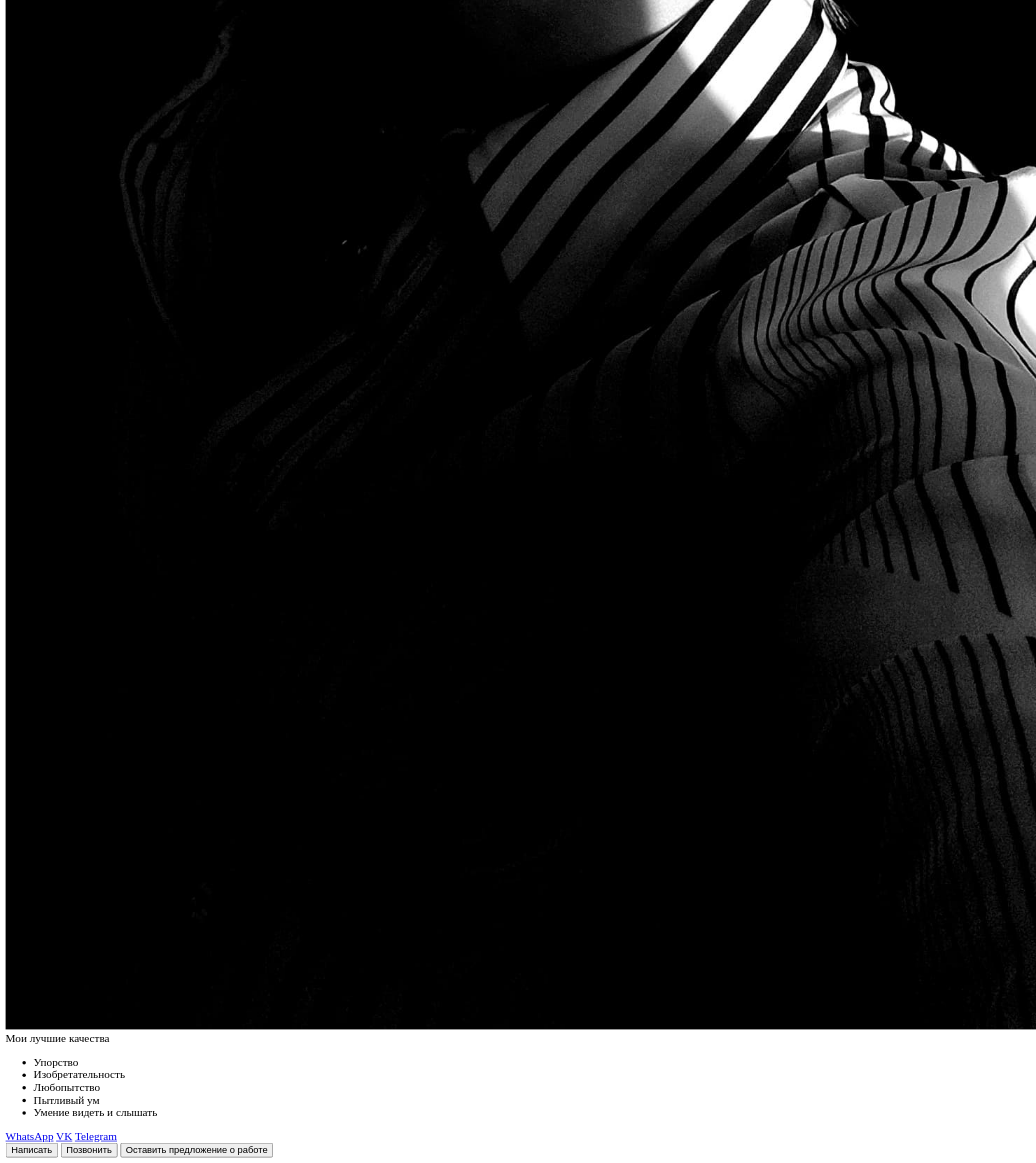
Repository: JonniRed/urban
Page: task1/index.html
The author's editor kept a copy of each file at every save. The page is drawn from the files as they stood at one save, then again after the next save.
The browser window is 1280 px wide. The page is 1480 px wide, so the pictures cover 1480 px, including what lies to the right of the window. The pictures show the part of the page from y = 1801 to 3481 px (the page is 3463 px tall before and 3481 px after), at 70% of full size.

Above is the page before, as saved 2024-09-10 10:36:22.

### task1/index.html
<!DOCTYPE html>
<html lang="en">

<head>
  <meta charset="UTF-8">
  <meta name="viewport" content="width=device-width, initial-scale=1.0">
  <title>Task 1</title>
</head>

<body>
  <picture>
    <img src="./Me.jpg">
  </picture>
  <div>
    <span>Мои лучшие качества</span>
    <ul>
      <li>Упорство</li>
      <li>Изобретательность</li>
      <li>Любопытство</li>
      <li>Пытливый ум</li>
      <li>Умение видеть и слышать</li>
    </ul>
  </div>
  <div>
    <a href="https://api.whatsapp.com/send?phone=79312887457">WhatsApp</a>
    <a href="https://vk.com/jonni_red">VK</a>
    <a href="https://t.me/jonni_red">Telegram</a>
    <div>
      <button>Написать</button>
      <button>Позвонить</button>
      <button>Оставить предложение о работе</button>
    </div>

  </div>
</body>

</html>

After the next save:
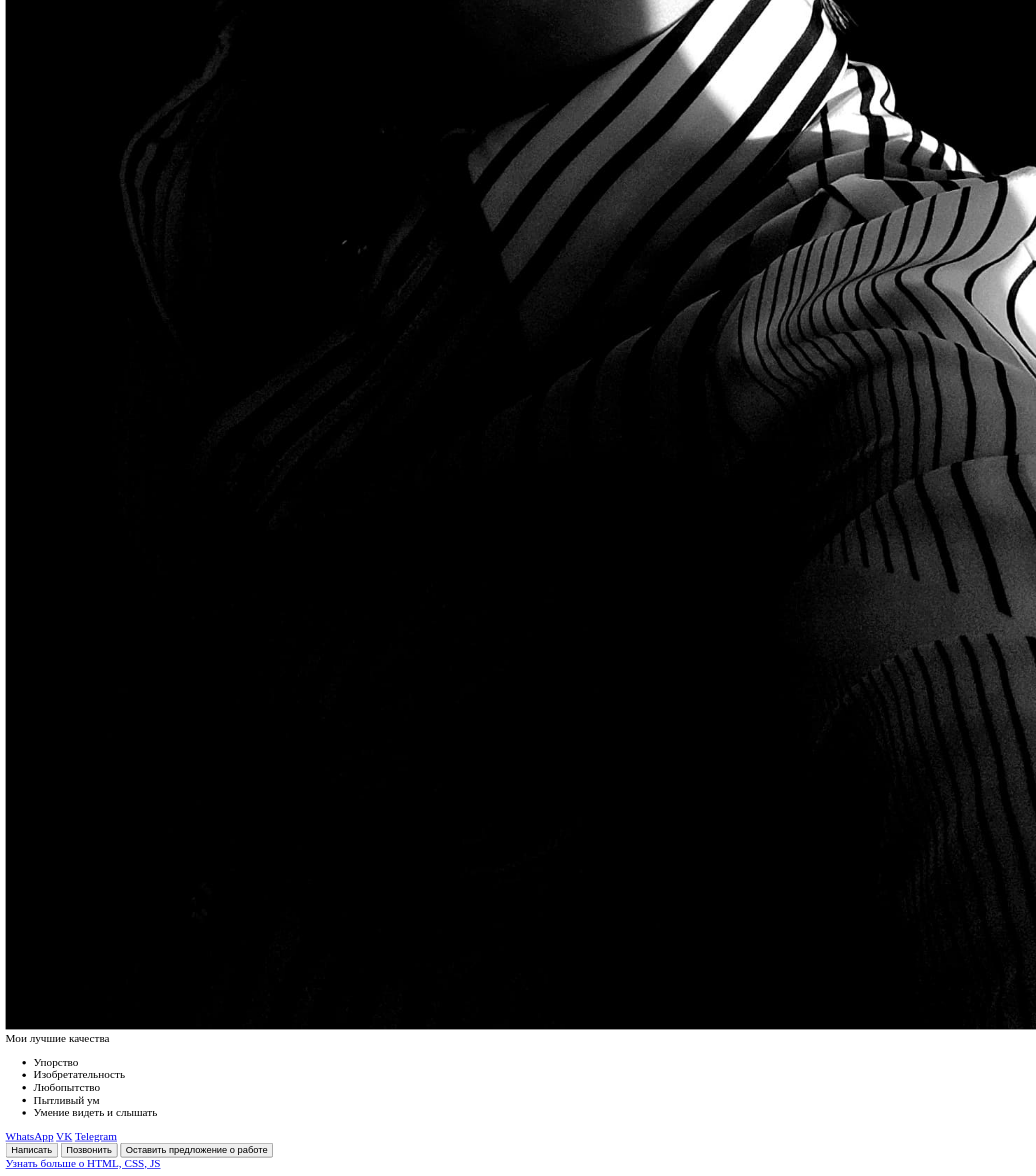
Saved 44 s later.
--- a/task1/index.html
+++ b/task1/index.html
@@ -32,6 +32,7 @@
     </div>
 
   </div>
+  <div><a href="./second_page.html">Узнать больше о HTML, CSS, JS</a></div>
 </body>
 
 </html>
